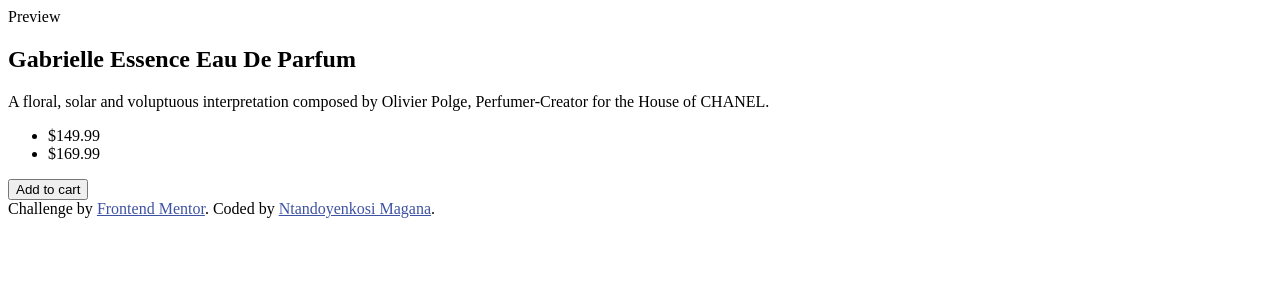
Repository: ntandomagana/product-preview-card-component
Page: index.html
An editor plug-in stored every save of this project. The page is shown before and after the next save, followed by the edit.
The browser window is 1280 px wide. The pictures show the whole page.

Above is the page before, as saved 2024-04-19 11:03:36.

### index.html
<!DOCTYPE html>
<html lang="en">
<head>
  <meta charset="UTF-8">
  <meta name="viewport" content="width=device-width, initial-scale=1.0"> <!-- displays site properly based on user's device -->

  <link rel="icon" type="image/png" sizes="32x32" href="./images/favicon-32x32.png">
  <link rel="stylesheet" href="style.css">

  <title>Frontend Mentor | Product preview card component</title>

  <!-- Feel free to remove these styles or customise in your own stylesheet 👍 -->

</head>
<body>
  <div class="container">

    <article>
      <source media="(min-width: 768px)" srcset="./images/image-product-desktop.jpg"
    </article>




    Preview

    <h1>Gabrielle Essence Eau De Parfum</h1>

    <p>A floral, solar and voluptuous interpretation composed by Olivier Polge,
      Perfumer-Creator for the House of CHANEL.</p>

  <ul>
    <li>$149.99</li>
    <li> $169.99</li>
  </ul>

  <button type="button">Add to cart</button>
</div>

  <div class="attribution">
    Challenge by <a href="https://www.frontendmentor.io?ref=challenge" target="_blank">Frontend Mentor</a>.
    Coded by <a href="#">Ntandoyenkosi Magana</a>.
  </div>
</body>
</html>

### style.css

h1 {

}


<style>
    .attribution { font-size: 11px; text-align: center; }
    .attribution a { color: hsl(228, 45%, 44%); }
  </style>

After the next save:
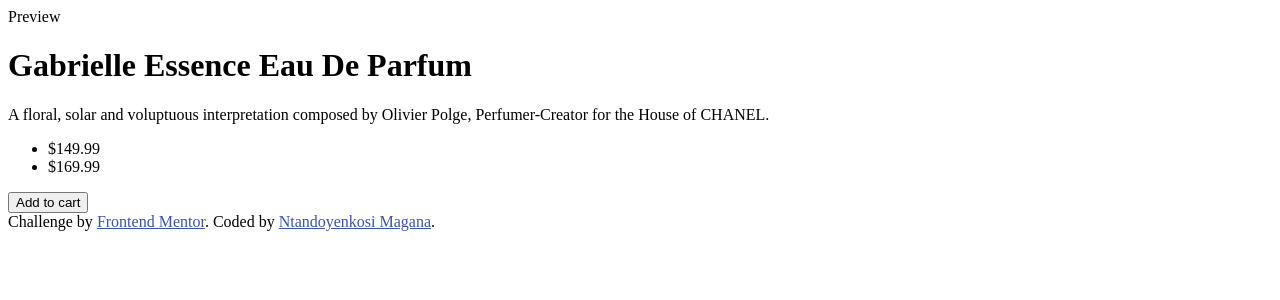
Saved 9 s later.
--- a/index.html
+++ b/index.html
@@ -16,7 +16,7 @@
   <div class="container">
 
     <article>
-      <source media="(min-width: 768px)" srcset="./images/image-product-desktop.jpg"
+      <source media="(min-width: 768px)" srcset="./images/image-product-desktop.jpg">
     </article>
 
 
